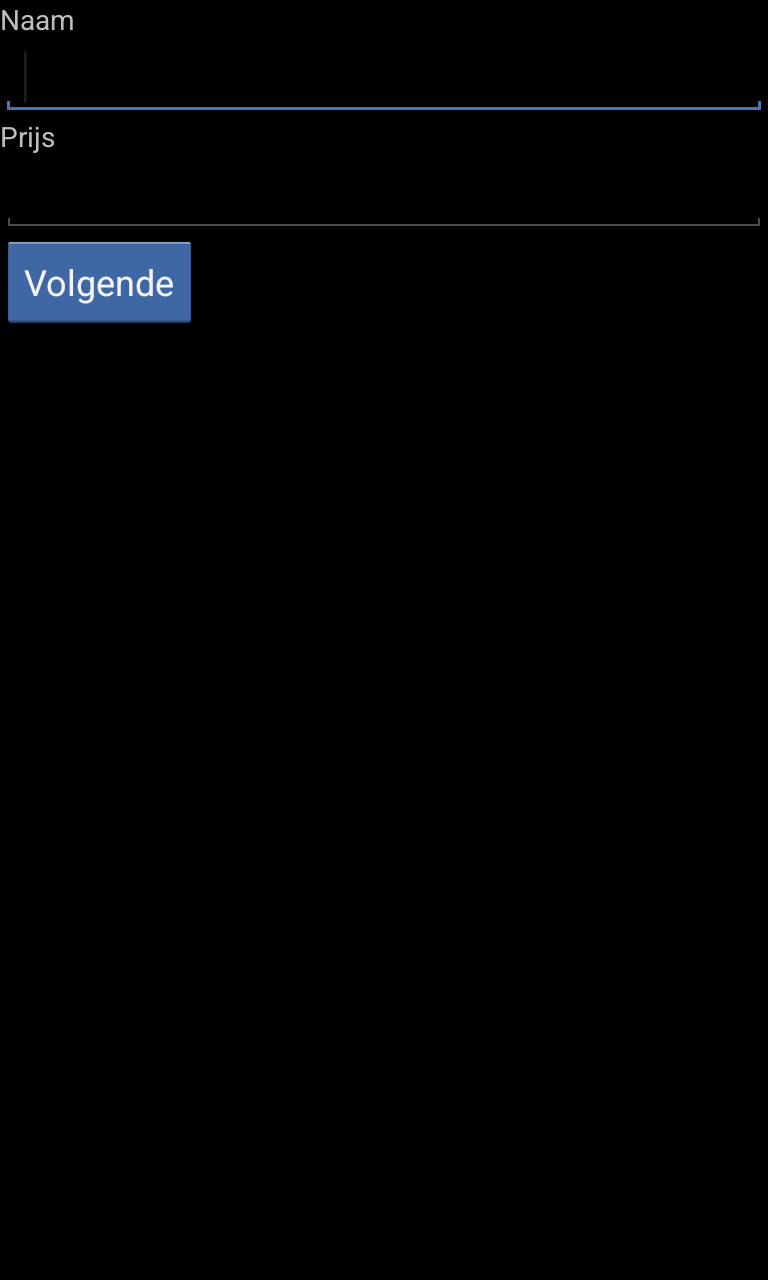
Repository: jeroenverreyt/mobieleplatformen
Layout: MobielePlatformen/MobielePlatformen/res/layout/insertnew.xml
An editor plug-in stored every save of this project. The layout is shown before and after the next save, followed by the edit.
It is drawn on a 768 x 1280 px phone screen (xhdpi) without system bars, with theme AppTheme; the app's code is not run.

Above is the layout before, as saved 2014-04-29 10:48:57.

After the next save:
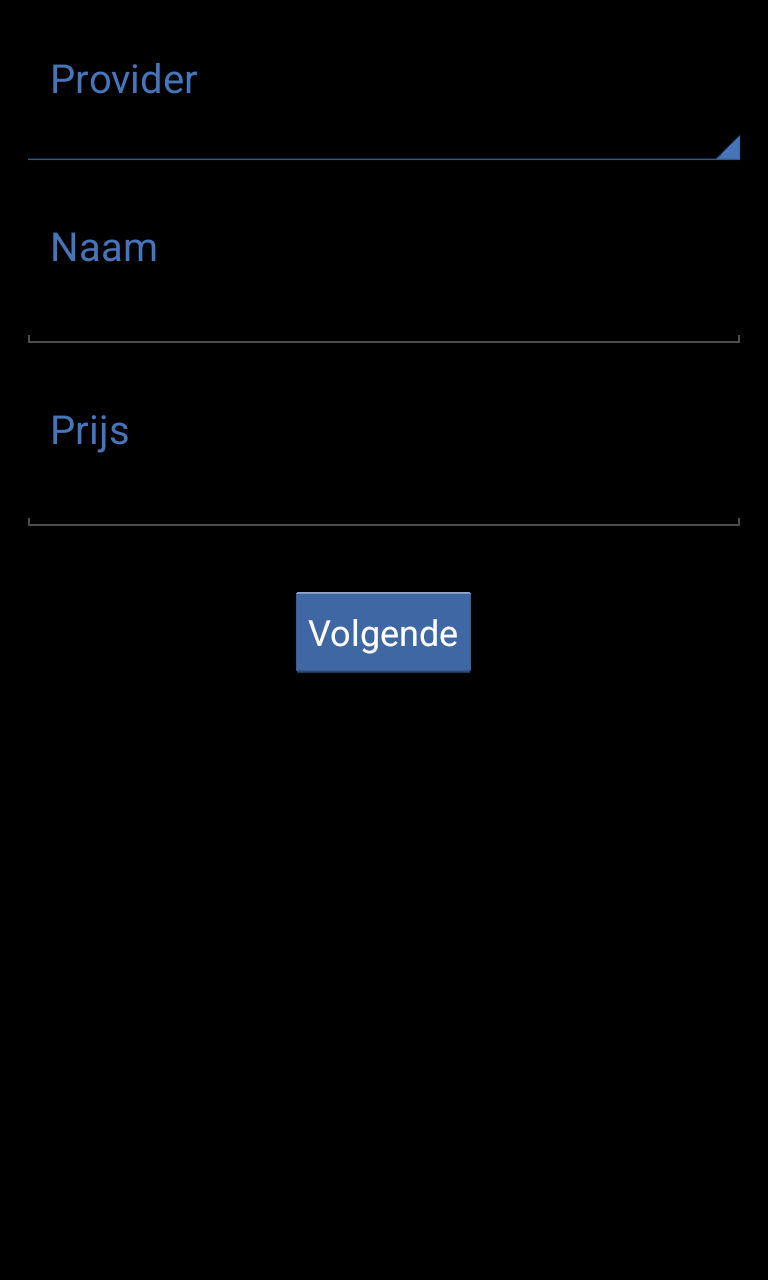
Saved 3 min 46 s later.
--- a/MobielePlatformen/MobielePlatformen/res/layout/insertnew.xml
+++ b/MobielePlatformen/MobielePlatformen/res/layout/insertnew.xml
@@ -1,41 +1,91 @@
 <?xml version="1.0" encoding="utf-8"?>
 <LinearLayout xmlns:android="http://schemas.android.com/apk/res/android"
-    android:layout_width="match_parent"
-    android:layout_height="match_parent"
-    android:orientation="vertical" >
+    xmlns:tools="http://schemas.android.com/tools"
+    android:layout_width="fill_parent"
+    android:layout_height="fill_parent" >
 
-    <TextView
-        android:id="@+id/textView1"
-        android:layout_width="wrap_content"
-        android:layout_height="wrap_content"
-        android:text="Naam" />
+    <ScrollView
+        android:layout_width="fill_parent"
+        android:layout_height="wrap_content" >
 
-    <EditText
-        android:id="@+id/etNewName"
-        android:layout_width="match_parent"
-        android:layout_height="wrap_content"
-        android:ems="10" >
+        <LinearLayout
+            android:id="@+id/LinearLayout1"
+            android:layout_width="fill_parent"
+            android:layout_height="fill_parent"
+            android:focusable="true"
+            android:focusableInTouchMode="true"
+            android:label="@string/app_name"
+            android:orientation="vertical" >
 
-        <requestFocus />
-    </EditText>
+            <TextView
+                android:id="@+id/textView1"
+                android:layout_width="wrap_content"
+                android:layout_height="wrap_content"
+                android:layout_marginLeft="25dp"
+                android:layout_marginTop="25dp"
+                android:text="Provider"
+                android:textColor="@color/basiccolor"
+                android:textSize="20sp" />
 
-    <TextView
-        android:id="@+id/etNewPrice"
-        android:layout_width="wrap_content"
-        android:layout_height="wrap_content"
-        android:text="Prijs" />
+            <Spinner
+                android:id="@+id/spProvider"
+                style="@style/SpinnerAppTheme"
+                android:layout_width="match_parent"
+                android:layout_height="wrap_content"
+                android:layout_marginLeft="10dp"
+                android:layout_marginRight="10dp" />
 
-    <EditText
-        android:id="@+id/editText2"
-        android:layout_width="match_parent"
-        android:layout_height="wrap_content"
-        android:ems="10"
-        android:inputType="number" />
+            <TextView
+                android:id="@+id/textView2"
+                android:layout_width="wrap_content"
+                android:layout_height="wrap_content"
+                android:layout_marginLeft="25dp"
+                android:layout_marginTop="25dp"
+                android:text="Naam"
+                android:textColor="@color/basiccolor"
+                android:textSize="20sp" />
 
-    <Button
-        android:id="@+id/bNext"
-        android:layout_width="wrap_content"
-        android:layout_height="wrap_content"
-        android:text="Volgende" />
+            <EditText
+                android:id="@+id/etNewName"
+                android:layout_width="match_parent"
+                android:layout_height="wrap_content"
+                android:layout_marginLeft="10dp"
+                android:layout_marginRight="10dp"
+                android:ems="10"
+                android:textColor="#FFFFFF" >
+            </EditText>
+
+            <TextView
+                android:id="@+id/textView3"
+                android:layout_width="wrap_content"
+                android:layout_height="wrap_content"
+                android:layout_marginLeft="25dp"
+                android:layout_marginTop="25dp"
+                android:text="Prijs"
+                android:textColor="@color/basiccolor"
+                android:textSize="20sp" />
+
+            <EditText
+                android:id="@+id/etNewPrice"
+                android:layout_width="match_parent"
+                android:layout_height="wrap_content"
+                android:layout_marginLeft="10dp"
+                android:layout_marginRight="10dp"
+                android:ems="10"
+                android:inputType="number"
+                android:textColor="#FFFFFF" />
+
+            <Button
+                android:id="@+id/bNext"
+                android:layout_width="wrap_content"
+                android:layout_height="wrap_content"
+                android:layout_gravity="center"
+                android:layout_margin="25dp"
+                android:paddingLeft="10dp"
+                android:paddingRight="10dp"
+                android:text="Volgende"
+                android:textColor="#FFFFFF" />
+        </LinearLayout>
+    </ScrollView>
 
 </LinearLayout>
